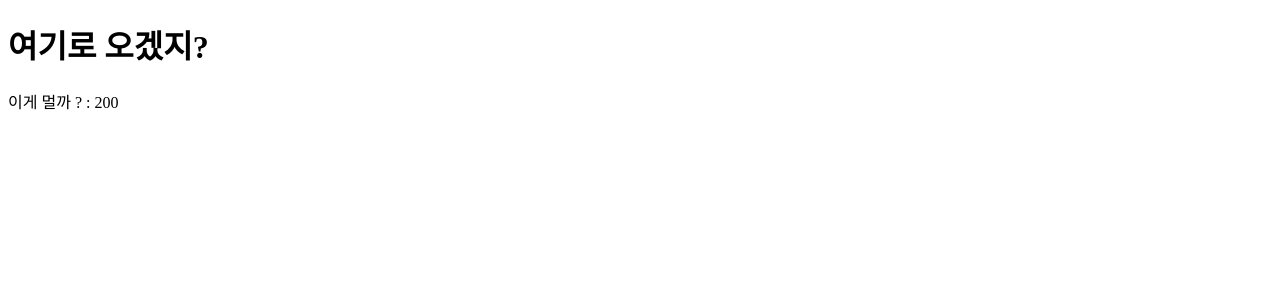
Repository: kimeuiyeob/KOPO_JSP_Study_2
Page: http://localhost/JspStudy/error/Exception.jsp
The author's editor kept a copy of each file at every save. The page is drawn from the files as they stood at one save, then again after the next save.
The browser window is 1280 px wide. The pictures show the whole page.
The page is served by Tomcat 9. Other server files are loaded and not shown.

Above is the page before, as saved 2023-06-16 02:23:07.

### JspStudy/src/main/webapp/error/Exception.jsp
<%@ page language="java" contentType="text/html; charset=UTF-8"
    pageEncoding="UTF-8"%>
<!DOCTYPE html>
<html>
<head>
<meta charset="UTF-8">
<title>Insert title here</title>
</head>
<body>

<h1>여기로 오겠지?</h1>
<%
	int status = response.getStatus();
	out.print("이게 멀까 ? : " + status);

	if(status == 404) {
		out.print("<h1>404 오류입니다.</h1>");
	}else if(status == 500) {
		out.print("<h1>500 오류입니다.</h1>");
	}
%>

</body>
</html>

After the next save:
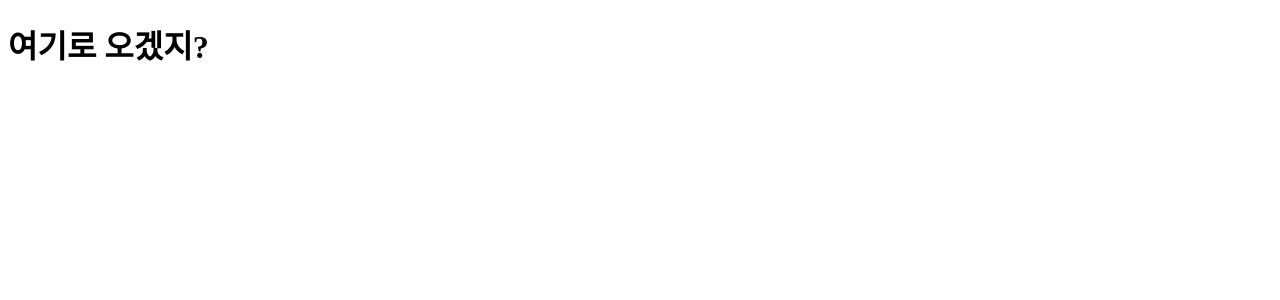
Saved 14 s later.
--- a/JspStudy/src/main/webapp/error/Exception.jsp
+++ b/JspStudy/src/main/webapp/error/Exception.jsp
@@ -11,7 +11,6 @@
 <h1>여기로 오겠지?</h1>
 <%
 	int status = response.getStatus();
-	out.print("이게 멀까 ? : " + status);
 
 	if(status == 404) {
 		out.print("<h1>404 오류입니다.</h1>");
